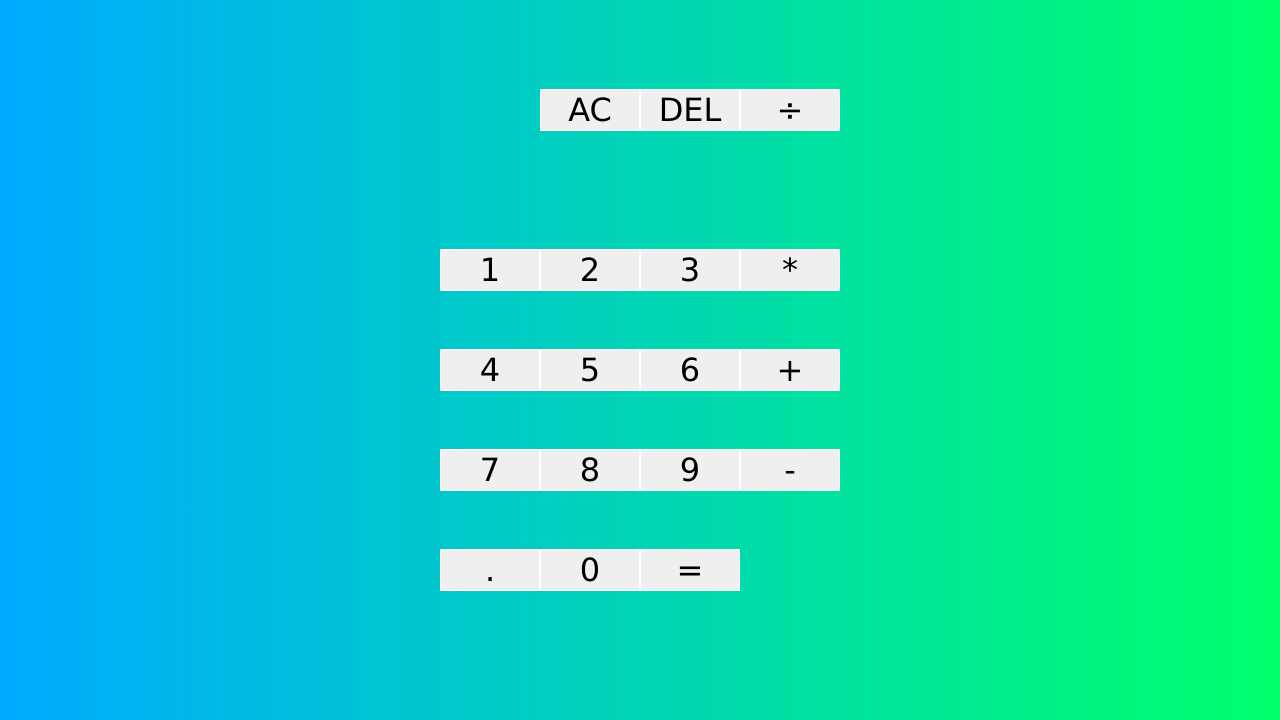
Repository: devkthines/js-calculator
Page: index.html
An editor plug-in stored every save of this project. The page is shown before and after a run of saves, followed by the edit.
The browser window is 1280 px wide. The pictures show the whole page.

Above is the page before, as saved 2023-12-18 21:51:04.

After the next 2 saves:
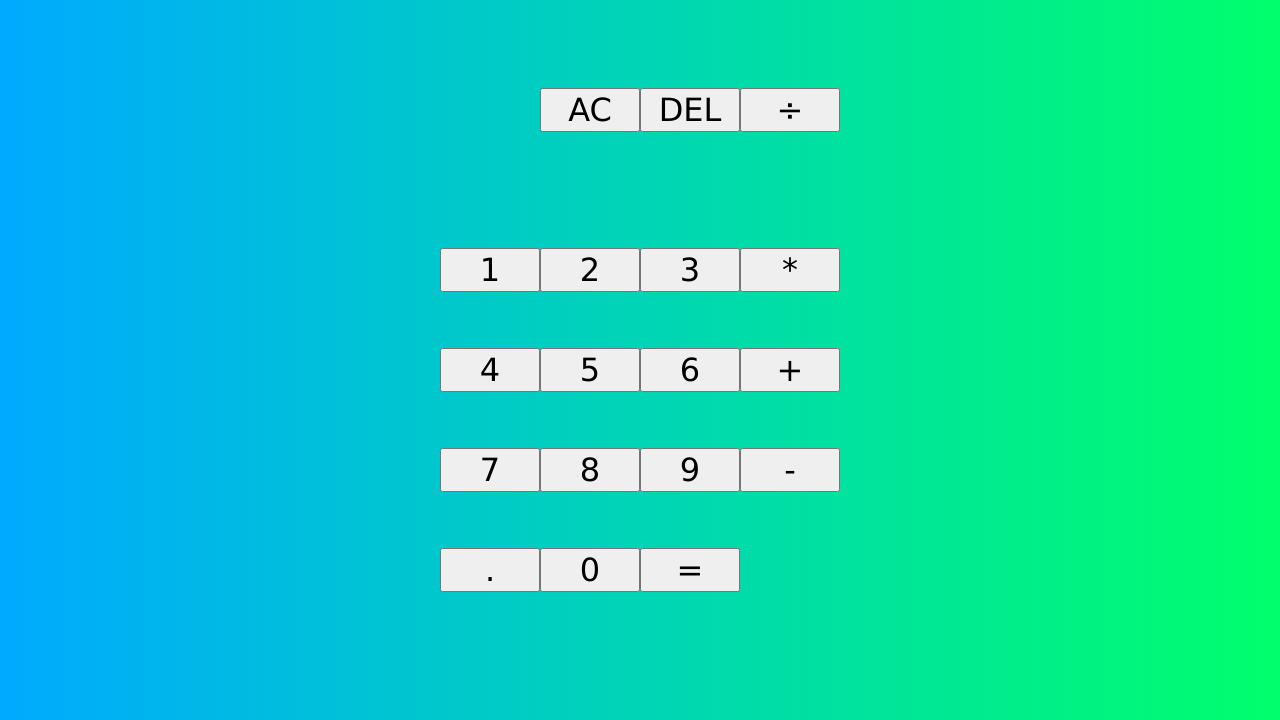
The 2 saves are shown as one change because they came seconds apart.
The last was saved 5 s later.
--- a/styles.css
+++ b/styles.css
@@ -28,6 +28,7 @@
     /* hovering over buttons provide cursor */
     cursor: pointer;
     font-size: 2rem;
-    border: 1px solid white;
+
+    /* border: 1px solid white; */
     outline: none;
 }

After the save that followed:
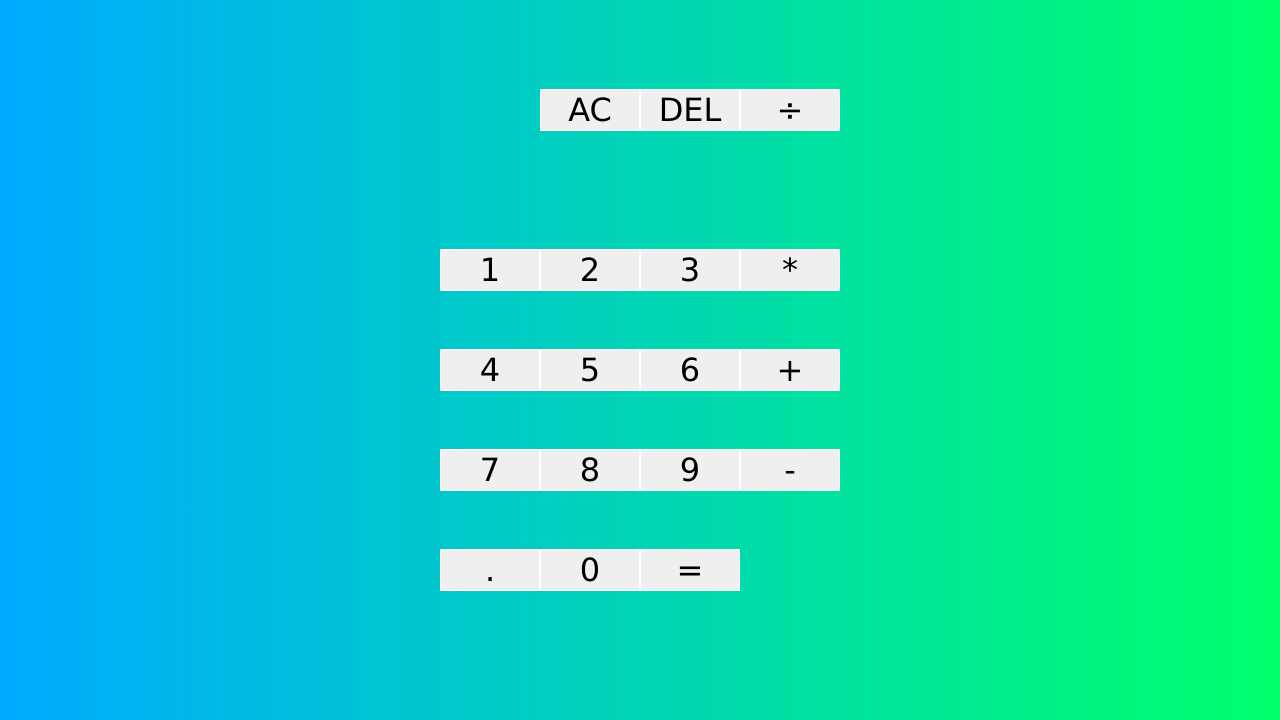
Saved 4 s later.
--- a/styles.css
+++ b/styles.css
@@ -28,7 +28,7 @@
     /* hovering over buttons provide cursor */
     cursor: pointer;
     font-size: 2rem;
+    border: 1px solid white;
 
-    /* border: 1px solid white; */
     outline: none;
 }
